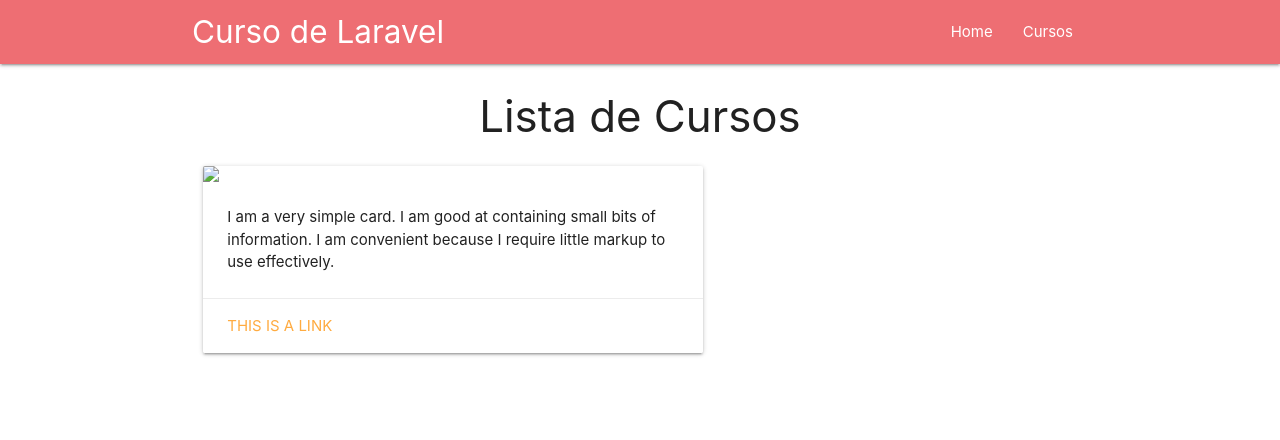
Repository: Kesteves1/Curso_Laravel
Page: resources/views/home.blade.php
These files come from the project's save history. The page is drawn as it stood at one moment and after the next save; the edit follows.
The browser window is 1280 px wide. The pictures show the whole page.
Some web libraries are served in a nearby version. The page is served by the project's Laravel application, run on PHP 8.4 with Laravel 8. Other server files are loaded and not shown. The template is opened directly, without the code that normally fills it, so the values that code supplies are empty.

Above is the page before, as saved 2022-04-12 17:21:01.
Console error: TypeError: $(...).sideNav is not a function

### routes/web.php
<?php

use App\Http\Controllers\ContatoController;
use Illuminate\Support\Facades\Route;

/*
|--------------------------------------------------------------------------
| Web Routes
|--------------------------------------------------------------------------
|
| This file is where you may define all of the routes that are handled
| by your application. Just tell Laravel the URIs it should respond
| to using a Closure or controller method. Build something great!
|
*/

Route::get('/', function ()
{
    return view('home');
});

Route::get('/', [ContatoController::class, 'index']);

// Route::post('/contato', ['uses' => 'ContatoController@criar']);

//Route::get('/contato', [ContatoController::class, 'index']);

Route::get('/admin/cursos', [ContatoController::class, 'cursos']);
//Route::get('/admin', [ContatoController::class, 'admin']);

// Route::put('/contato', ['uses' => 'ContatoController@editar']);
//Route::get('/contato/editar', [ContatoController::class, 'editar']);
//Route::get('/contato/criar', [ContatoController::class, 'criar'])->name('contato.criar');

// Route::post('/admin/cursos/salvar',['as'=>'admin.cursos.salvar','uses'=>'Admin\CursoController@salvar']);
Route::post('/admin/cursos/salvar', [ContatoController::class, 'salvar'])->name('admin.cursos.salvar');

// Route::get('/admin/cursos/adicionar',['as'=>'admin.cursos.adicionar','uses'=>'Admin\CursoController@adicionar']);
Route::get('/admin/cursos/adicionar', [ContatoController::class, 'adicionar'])->name('admin.cursos.adicionar');



// Route::get('/admin/cursos',['as'=>'admin.cursos','uses'=>'Admin\CursoController@index']);
Route::get('/admin/cursos/{id?}', [ContatoController::class, 'index'])->name('admin.cursos');

// Route::get('/admin/cursos/editar/{id}',['as'=>'admin.cursos.editar','uses'=>'Admin\CursoController@editar']);
Route::get('/admin/cursos/editar/{id}', [ContatoController::class, 'editar'])->name('admin.cursos.editar');

// Route::put('/admin/cursos/atualizar/{id}',['as'=>'admin.cursos.atualizar','uses'=>'Admin\CursoController@atualizar']);
Route::put('/admin/cursos/atualizar/{id}', [ContatoController::class, 'atualizar'])->name('admin.cursos.atualizar');

// Route::get('/admin/cursos/deletar/{id}',['as'=>'admin.cursos.deletar','uses'=>'Admin\CursoController@deletar']);
Route::get('/admin/cursos/deletar/{id}', [ContatoController::class, 'deletar'])->name('admin.cursos.deletar');

### resources/views/home.blade.php
@extends('layout.site')

@section('titulo', 'Contatos')

@section('conteudo')
    <div class="container">
        <h3 class="center">Lista de Cursos</h3>
        <div class="row">
            <div class="row">
                <div class="col s12 m7">
                    <div class="card">
                        <div class="card-image">
                            <img src="images/sample-1.jpg">
                            <span class="card-title">Card Title</span>
                        </div>
                        <div class="card-content">
                            <p>I am a very simple card. I am good at containing small bits of information.
                                I am convenient because I require little markup to use effectively.</p>
                        </div>
                        <div class="card-action">
                            <a href="#">This is a link</a>
                        </div>
                    </div>
                </div>
            </div>

        </div>
    @endsection

### resources/views/layout/site.blade.php

@include('layout._includes.topo')

@yield('conteudo')

@include('layout._includes.footer')

### resources/views/layout/_includes/topo.blade.php
<!DOCTYPE html>
<html>

<head>
    <title>@yield('titulo')</title>
    <!--Import Google Icon Font-->
    <link href="https://fonts.googleapis.com/icon?family=Material+Icons" rel="stylesheet">
    <!-- Compiled and minified CSS -->
    <link rel="stylesheet" href="https://cdnjs.cloudflare.com/ajax/libs/materialize/1.0.0/css/materialize.min.css">

    <!--Let browser know website is optimized for mobile-->
    <meta name="viewport" content="width=device-width, initial-scale=1.0" />
</head>

<body>
    <header>

        <nav>
            <div class="container">
                <div class="nav-wrapper deep-orange">
                    <a href="{{route('admin.cursos')}}" class="brand-logo">Curso de Laravel</a>
                    <a href="#" data-target="mobile-demo" class="sidenav-trigger"><i class="material-icons">menu</i></a>
                    <ul class="right hide-on-med-and-down">
                        <li><a href="{{ route('admin.cursos')}}">Home</a></li>
                        <li><a href="{{ route('admin.cursos') }}">Cursos</a></li>
                    </ul>
                </div>
            </div>
        </nav>

        <ul class="sidenav" id="mobile">
            <li><a href="/">Home</a></li>
            <li><a href="{{ route('admin.cursos') }}">Cursos</a></li>
        </ul>


    </header>

### resources/views/layout/_includes/footer.blade.php
<!-- Compiled and minified JavaScript -->
<script type="text/javascript" src="https://code.jquery.com/jquery-2.1.1.min.js"></script>
<script src="https://cdnjs.cloudflare.com/ajax/libs/materialize/1.0.0/js/materialize.min.js"></script>
<script type="text/javascript">


    $(document).ready(function() {

        // Materialize.updatetextFields();
        $(".button-collapse").sideNav();

        document.addEventListener('DOMContentLoaded', function() {
            var elems = document.querySelectorAll('.sidenav');
            var instances = M.Sidenav.init(elems, options);
        });

        // Or with jQuery

        $(document).ready(function() {
            $('.sidenav').sidenav();

        });
    });
</script>

</body>

</html>

After the next save:
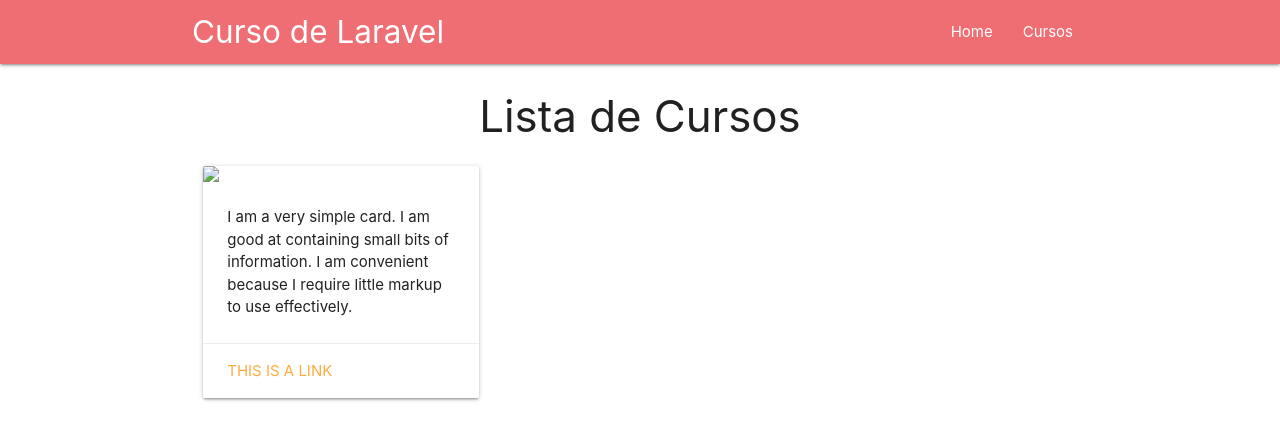
Saved 1 s later.
--- a/resources/views/home.blade.php
+++ b/resources/views/home.blade.php
@@ -7,7 +7,7 @@
         <h3 class="center">Lista de Cursos</h3>
         <div class="row">
             <div class="row">
-                <div class="col s12 m7">
+                <div class="col s12 m4">
                     <div class="card">
                         <div class="card-image">
                             <img src="images/sample-1.jpg">
